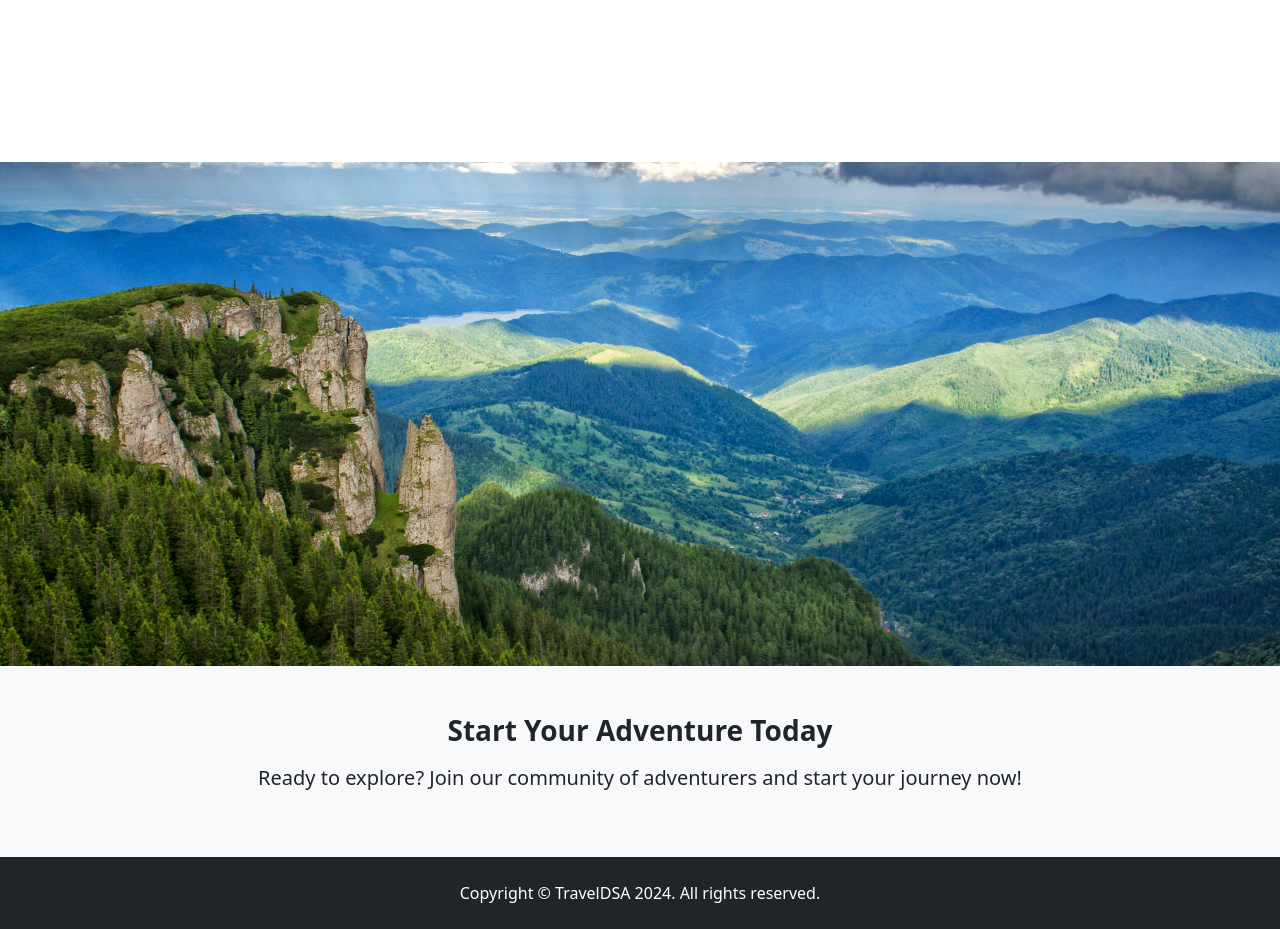
Repository: bettowww/TravelDSA
Page: /home
The author's editor kept a copy of each file at every save. The page is drawn from the files as they stood at one save, then again after the next save.
The browser window is 1280 px wide. The pictures show the whole page.
The project was rebuilt for these pictures with package versions that can differ from the ones it lists, and the page was loaded fresh each time. The framework's server and built-in components were replaced by stand-ins that run in the browser. Also part of the build but not shown: next.config.mjs.

Above is the page before, as saved 2024-12-10 14:04:06.

### app/home/page.jsx
"use client";

// import React, { useState } from "react";
// import { useRouter } from "next/navigation";

import "../../styles/home.css"; // Importă stilurile CSS
import "bootstrap/dist/css/bootstrap.min.css"; // Import Bootstrap CSS

const HomePage = () => {
  // const router = useRouter(); // Pentru navigare

  return (
    <div>
      {/* Header Section */}
      <header>
        <div className="text-center my-5">
          <h1 className="text-white fs-3 fw-bolder">
            Welcome to TravelDSA
          </h1>
          <p className="text-white-50 mb-0">
            Your trusted travel companion for exploring the world.
          </p>
        </div>
      </header>

      {/*Picture section */}
      <section
        style={{
          backgroundImage: `url("/pictures/homepage.jpg")`,
          backgroundSize: "cover",
          backgroundPosition: "center",
          backgroundRepeat: "no-repeat",
          minHeight: "70vh", // Ensure the section spans at least the full height of the viewport
        }}
      >
      </section>


      {/* Call to Action Section */}
      <section className="py-5 bg-light">
        <div className="container text-center">
          <h3 className="fw-bold mb-3">Start Your Adventure Today</h3>
          <p className="lead">
            Ready to explore? Join our community of adventurers and start your
            journey now!
          </p>
        </div>
      </section>

      {/* Footer */}
      <footer className="py-4 bg-dark">
        <div className="container">
          <p className="m-0 text-center text-white">
            Copyright &copy; TravelDSA 2024. All rights reserved.
          </p>
        </div>
      </footer>
    </div>
  );
};

export default HomePage;

Loaded but not shown: styles/home.css (library)

After the next save:
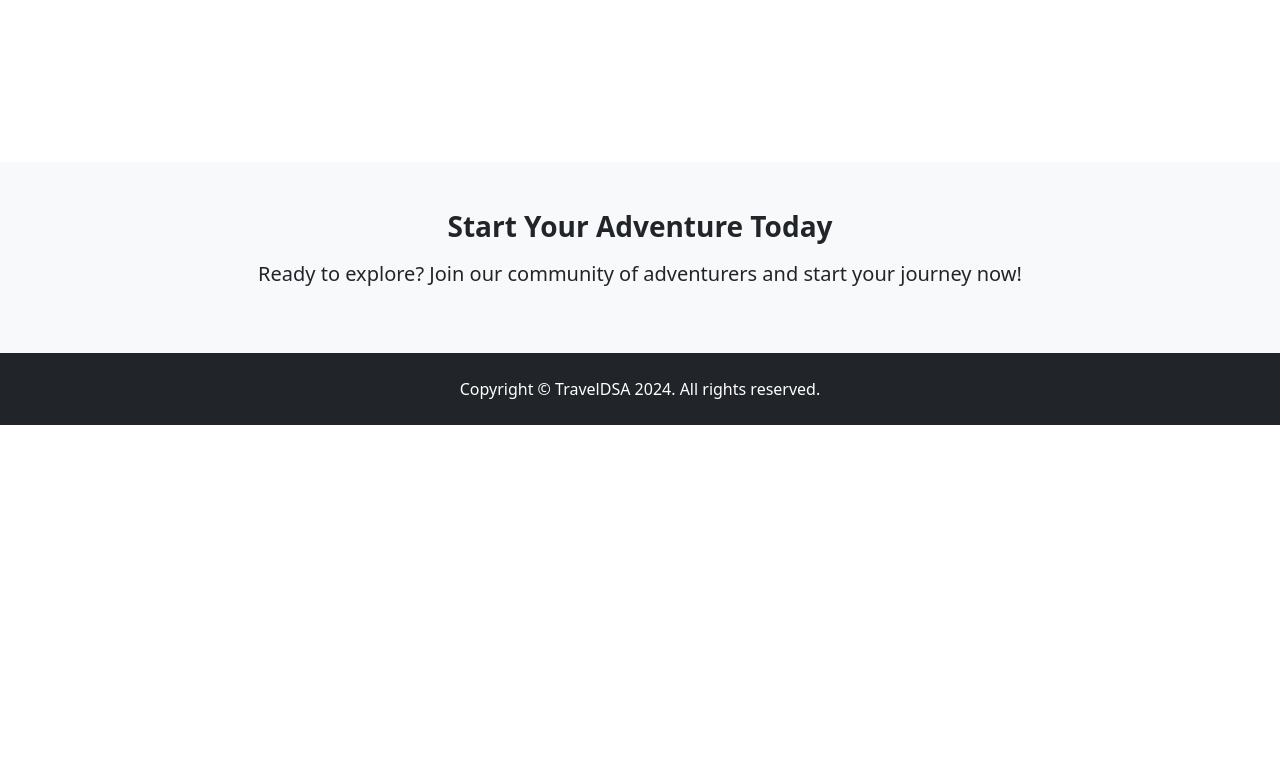
Saved 38 s later.
--- a/app/home/page.jsx
+++ b/app/home/page.jsx
@@ -30,7 +30,7 @@
           backgroundSize: "cover",
           backgroundPosition: "center",
           backgroundRepeat: "no-repeat",
-          minHeight: "70vh", // Ensure the section spans at least the full height of the viewport
+
         }}
       >
       </section>

After the save that followed:
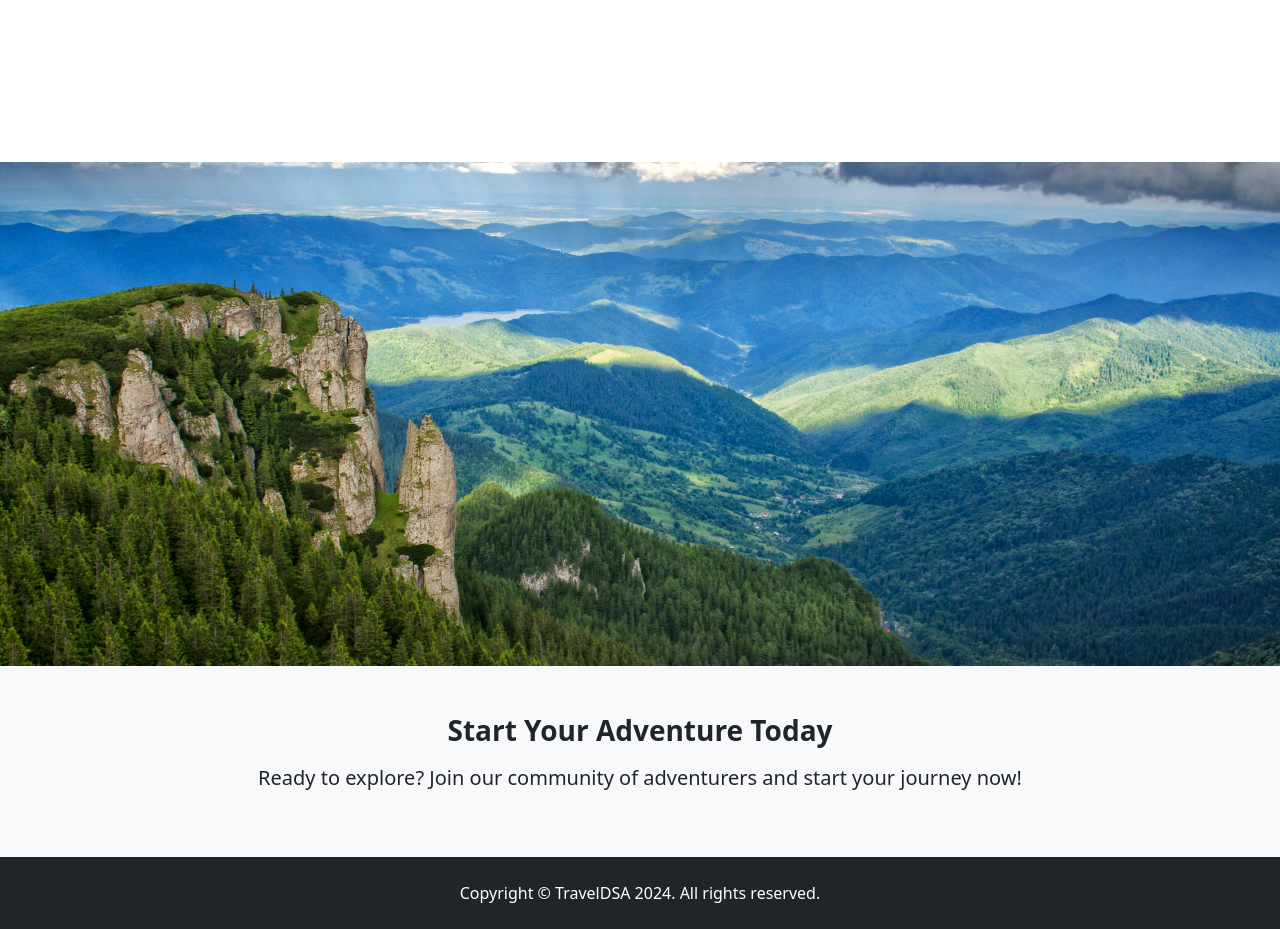
Saved 4 s later.
--- a/app/home/page.jsx
+++ b/app/home/page.jsx
@@ -30,7 +30,7 @@
           backgroundSize: "cover",
           backgroundPosition: "center",
           backgroundRepeat: "no-repeat",
-
+          minHeight: "70vh", // Ensure the section spans at least the full height of the viewport
         }}
       >
       </section>
